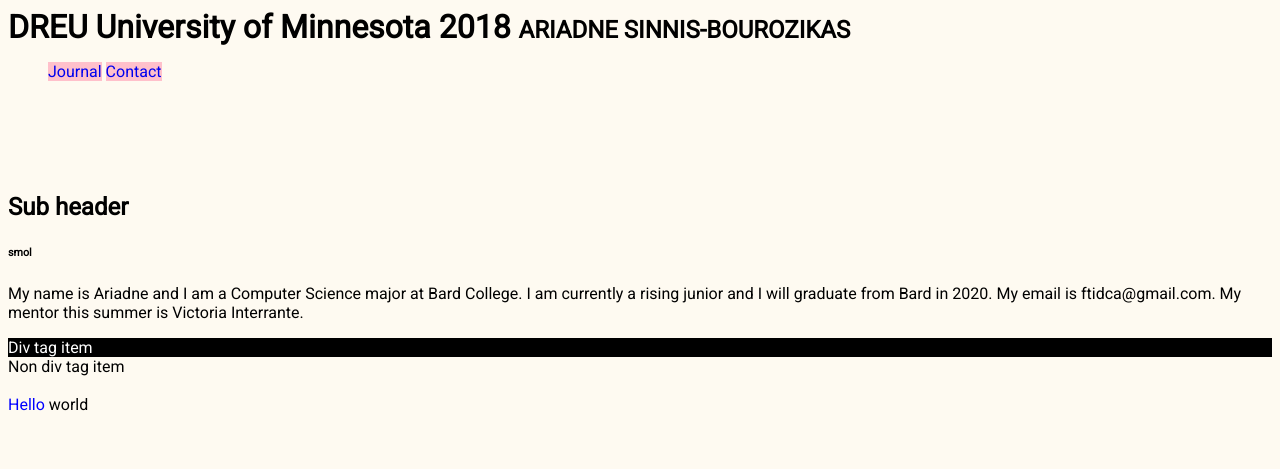
Repository: ariadnesb/dreu2018
Page: index.html
The author's editor kept a record of every edit. The page is drawn from the files as they stood at one moment, then again after the next edit.
The browser window is 1280 px wide. The pictures show the whole page.

Above is the page before.

### index.html
<!DOCTYPE html>
<html>
    <head>
        <title>It's me</title>
        <link rel="stylesheet" href="styles.css">
        <link href="https://fonts.googleapis.com/css?family=Roboto" rel="stylesheet">
    </head>

    <body>
        <div id="header">
            <h1>DREU University of Minnesota 2018 </h1>
            <h2>ARIADNE SINNIS-BOUROZIKAS</h2>

            <ul class="nav-bar">
                <li><a href="/journal.html">Journal</a></li>
                <li><a href="/contact.html">Contact</a></li>

        </div>


        <br><br>
        <br><br>


        <h2>Sub header</h2>
        <h6>smol</h6>

        <p>
        My name is Ariadne and I am a Computer Science major at Bard College. I am currently a rising junior and I will graduate from Bard in 2020. My email is ftidca@gmail.com.

        My mentor this summer is Victoria Interrante.
        </p>

        <!--- divs and spans can have 1 id but many classes -->
        <div id="custom-id">
            Div tag item
        </div>
        Non div tag item

        <br><br>
        <span class="custom-class">Hello</span> world



    </body>

</html>

### styles.css
html {
  /* everything that u put here will impact contents of <html>
  aka everything */
  font-family: 'Roboto', sans-serif;
  background-color: #FEFAF1;

}

#custom-id {
    background-color: black;
    color: white;
}

.custom-class{
    color: blue;
    display: inline;

}

#name {
    color: #66D167;
}

#header h1 {
    display: inline;
}

#header h2 {
    display: inline;
}
/*
#header .nav-bar  {
    display: inline;
    float: right;
    list-style-type: none;
    margin: 0;
    padding: 0;

}
*/
#header ul.nav-global{
    position: absolute;
    right:0;
    display: inline;
    list-style: none;
    margin: 0;
    padding-right: 1em;
}

#header li {
    display: inline;
    padding: 0;
    background-color: pink;
}

#header a {
    text-decoration: none;
    display: inline;

}

#header a:hover {
    background-color: black;
    display: inline;
    color:white;
}

After the next edit:
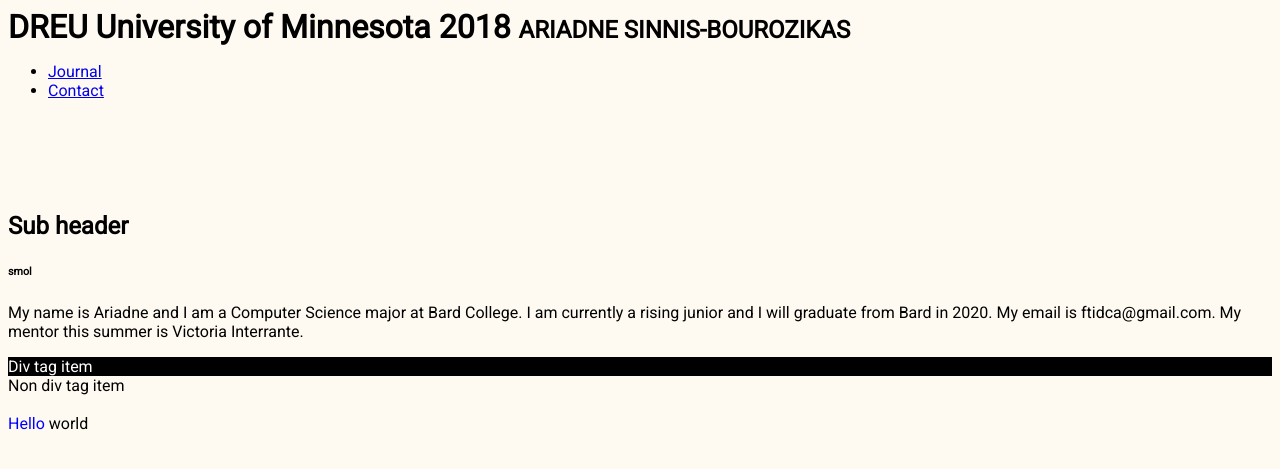
The edit:
--- a/styles.css
+++ b/styles.css
@@ -37,7 +37,7 @@
     padding: 0;
 
 }
-*/
+
 #header ul.nav-global{
     position: absolute;
     right:0;
